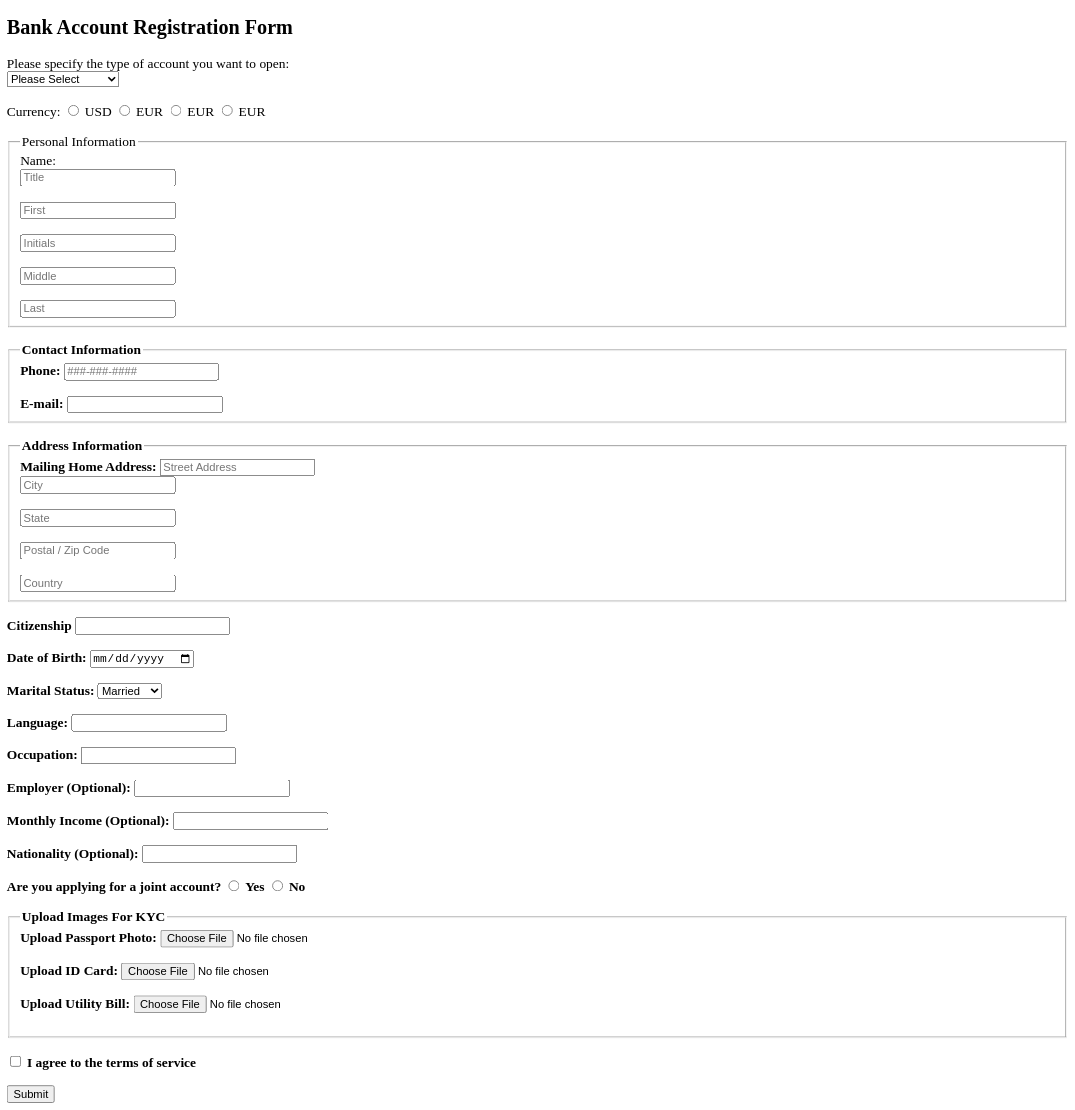
Repository: hizeetech/First-Assignment
Page: sign_up.html
These files come from the project's save history. The page is drawn as it stood at one moment and after the next save; the edit follows.
The browser window is 1280 px wide. The pictures show the whole page, at 84% of full size.

Above is the page before, as saved 2024-11-09 03:10:22.

### sign_up.html
<!-- sign_up.html -->
<!DOCTYPE html>
<html lang="en">
<head>
    <meta charset="UTF-8">
    <meta name="viewport" content="width=device-width, initial-scale=1.0">
    <title>Bank Account Registration Form</title>

</head>
<body>

<div>
    <h2>Bank Account Registration Form</h2>
    <form action="#" method="post">

        <div>
            <label for="account-type">Please specify the type of account you want to open:</label><br>
            <select id="account-type" name="account_type" required>
                <option value="">Please Select</option>
                <option value="savings">Savings Account</option>
                <option value="current">Current Account</option>
                <option value="corporate">Corporate Account</option>
            </select>
        </div>
        <br>
        <div>
            <label>Currency:</label>
            <label><input type="radio" name="currency" value="NGN" required> USD</label>
            <label><input type="radio" name="currency" value="USD"> EUR</label>
            <label><input type="radio" name="currency" value="EUR"> EUR</label>
            <label><input type="radio" name="currency" value="POUNDS"> EUR</label>
        </div>
        <br>
        <div>
            <fieldset>
                <legend>Personal Information</legend>
            <label for="title">Name:</label>
            <div class="inline"><input type="text" id="title" name="title" placeholder="Title"></div><br>
            <div class="inline"><input type="text" name="first_name" placeholder="First" required></div><br>
            <div class="inline"><input type="text" name="initials" placeholder="Initials"></div><br>
            <div class="inline"><input type="text" name="middle_name" placeholder="Middle"></div><br>
            <input type="text" name="last_name" placeholder="Last" required><br>
            </fieldset>
        </div>
        <br>
        <div>
            <fieldset>
                <legend><b>Contact Information</legend>
            <label for="phone">Phone:</label>
            <input type="tel" id="phone" name="phone" placeholder="###-###-####" required>
        <br><br>
            <label for="email">E-mail:</label>
            <input type="email" id="email" name="email" required>
        </fieldset>
        </div>
        <br>
        <div>
            <fieldset>
                <legend><b>Address Information</b></legend>
            <label for="address">Mailing Home Address:</label>
            <input type="text" id="address" name="address" placeholder="Street Address" required><br>
            <div class="inline"><input type="text" name="city" placeholder="City" required></div><br>
            <div class="inline"><input type="text" name="state" placeholder="State" required></div><br>
            <div class="inline"><input type="text" name="postal_code" placeholder="Postal / Zip Code" required></div><br>
            <input type="text" name="country" placeholder="Country" required><br>
        </fieldset>
        </div>
        <br>
        <div>
            <label for="citizenship">Citizenship</label>
            <input type="citizenship" id="citizenship" name="citizenship" required>
        </div>
        <br>
        <div>
            <label for="dob">Date of Birth:</label>
            <input type="date" id="dob" name="dob" required>
        </div>
        <br>
        <div>
            <label for="marital-status">Marital Status:</label>
            <select id="marital-status" name="marital_status" required>
                <option value="married">Married</option>
                <option value="single">Single</option>
                <option value="divorced">Divorced</option>
                <option value="widowed">Widowed</option>
            </select>
        </div>
        <br>
        <div>
            <label for="language">Language:</label>
            <input type="text" id="language" name="language" required>
        </div>
        <br>
        <div>
            <label for="occupation">Occupation:</label>
            <input type="text" id="occupation" name="occupation" required>
        </div>
        <br>
        <div>
            <label for="employer">Employer (Optional):</label>
            <input type="text" id="employer" name="employer">
        </div>
        <br>
        <div>
            <label for="income">Monthly Income (Optional):</label>
            <input type="text" id="income" name="monthly_income">
        </div>
        <br>
        <div>
            <label for="nationality">Nationality (Optional):</label>
            <input type="text" id="nationality" name="nationality">
        </div>
        <br>
        <div>
            <label>Are you applying for a joint account?</label>
            <label><input type="radio" name="joint_account" value="yes"> Yes</label>
            <label><input type="radio" name="joint_account" value="no"> No</label>
        </div>
        <br>
        <div>
            <fieldset>
                <legend><b>Upload Images For KYC</b></legend>
            <label for="passportPhoto">Upload Passport Photo:</label>
            <input type="file" id="passportPhoto" name="passportPhoto" accept="image/*" required><br><br>

            <label for="idCard">Upload ID Card:</label>
            <input type="file" id="idCard" name="idCard" accept="image/*" required><br><br>

            <label for="utilityBill">Upload Utility Bill:</label>
            <input type="file" id="utilityBill" name="utilityBill" accept="image/*" required><br><br>
            </fieldset>
        </div>
        <br>
        <div>
            <input type="checkbox" id="terms" name="terms" required>
            <label for="terms">I agree to the terms of service</a></label>
        </div>
        <br>
        <button type="submit" class="submit-btn">Submit</button>
    </form>
</div>

</body>
</html>

After the next save:
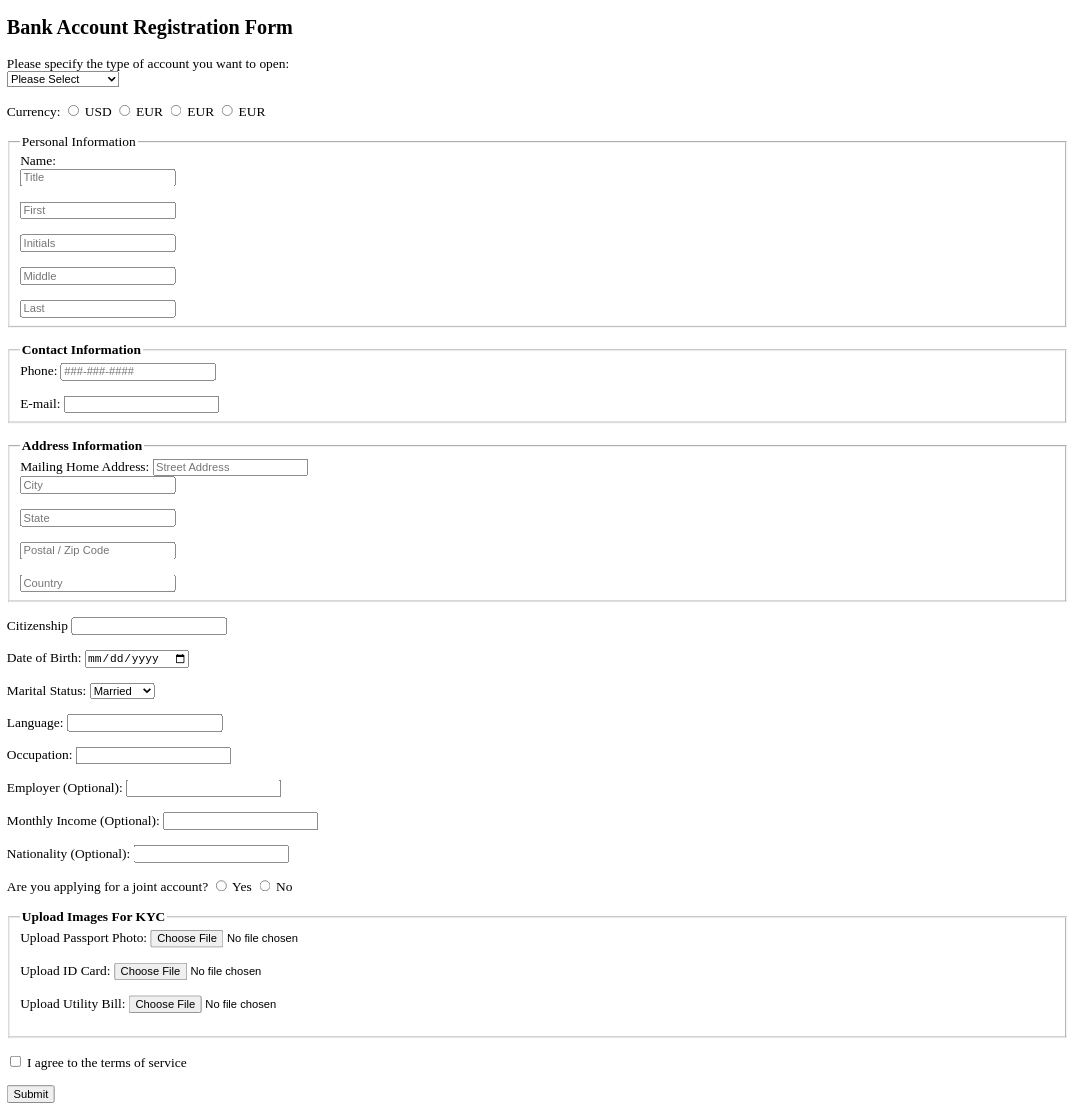
Saved 3 s later.
--- a/sign_up.html
+++ b/sign_up.html
@@ -45,7 +45,7 @@
         <br>
         <div>
             <fieldset>
-                <legend><b>Contact Information</legend>
+                <legend><b>Contact Information</b></legend>
             <label for="phone">Phone:</label>
             <input type="tel" id="phone" name="phone" placeholder="###-###-####" required>
         <br><br>
